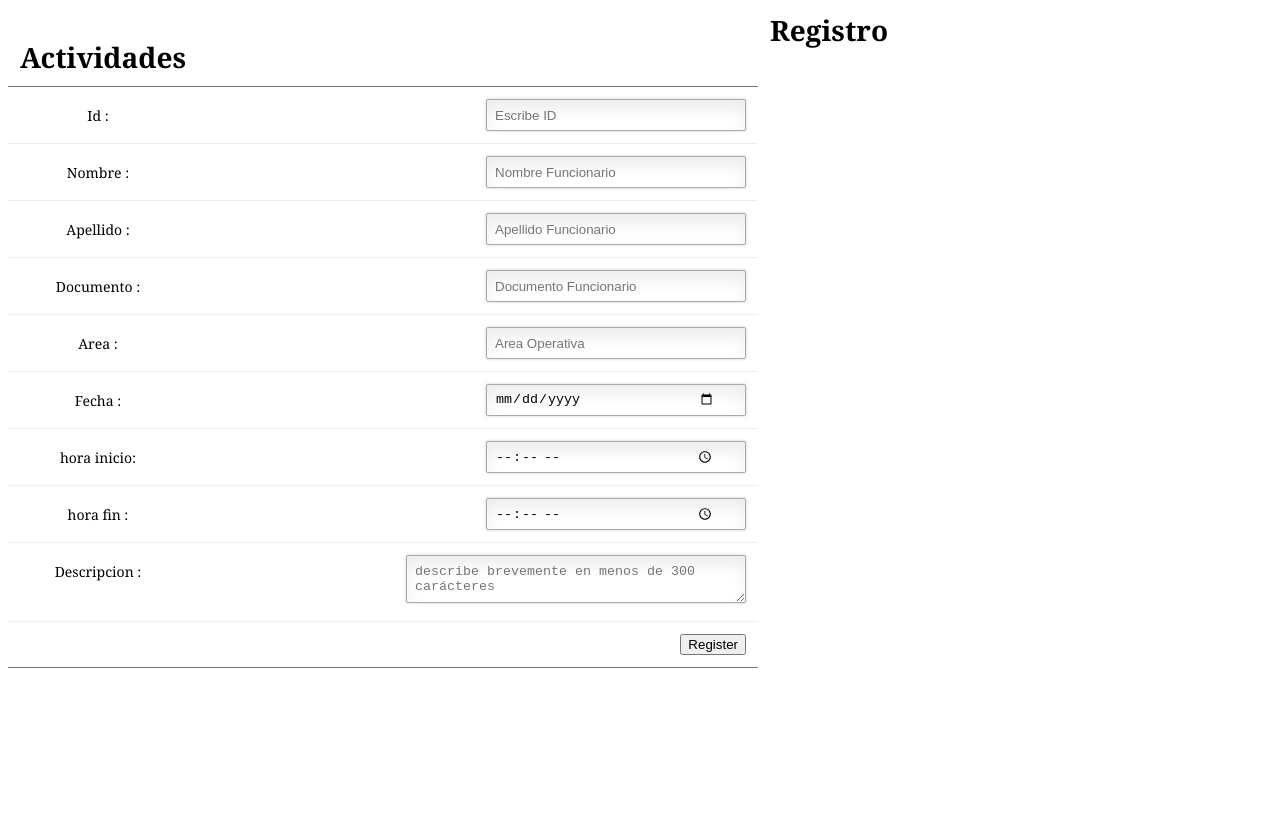
Repository: Yale2024/repo-registro-act
Page: templates/register.html
An editor plug-in stored every save of this project. The page is shown before and after the next save, followed by the edit.
The browser window is 1280 px wide. The pictures show the whole page.

Above is the page before, as saved 2024-09-15 09:00:53.

### templates/register.html
<!DOCTYPE html>
<html lang="en">

<head>
    <meta charset="UTF-8">
    <meta name="viewport" content="width=device-width, initial-scale=1.0">
    <link rel="stylesheet" href="static/css/styleRegister.css">
    <script src="static/js/appRegister.js"></script>
    <title>Web App</title>
</head>
<body></body>

    <form class="contact_form" action="/register_user" method="POST" align="right" >
    <!-- <form method="POST"> -->
        <div>
            <ul>
                <li>
                    <h1>Registro Actividades</h1>
                </li>
                <li>
                    <label for="id">Id :</label>
                    <input type="number"  size="30" name="id" id="Id" placeholder="Escribe ID" required /> <br>
                </li>
                <li>
                    <label for="nombre">Nombre :</label>
                    <input type="text" size="30" name="nombre" id="nombre" placeholder="Nombre Funcionario" required /> <br>
                </li>
                <li>
                    <label for="apellido">Apellido :</label>
                    <input type="text" size="30" name="apellido" id="apellido" placeholder="Apellido Funcionario" required /> <br>
                </li>
                <li>
                    <label for="documento">Documento  :</label>
                    <input type="number" size="30" name="documento" id="documento" placeholder="Documento Funcionario" required /> <br>
                </li>
                <li>
                    <label for="are">Area      :</label>
                    <input type ="text" size="30" name="area" id="area" placeholder="Area Operativa" required /> <br>
                </li>
                <li>
                    <label for="fecha">Fecha     :</label>
                    <input type ="date" size="30" name="fecha" id="fecha" placeholder="AAAA-MM-DD" required /> <br>
                </li>
                <li>
                    <label for="horai">hora inicio:</label>
                    <input type ="time" size="30" name="horai" id="horai" placeholder="hh:mm" required /> <br>
                </li>
                <li>
                    <label for="horaf">hora fin  :</label>
                    <input type ="time" size="30" name="horaf" id="horaf" placeholder="hh:mm" required /> <br>
                </li>
                <li>
                    <label for="mensaje">Descripcion   :</label>
                    <textarea name="descripcion" size="300" for="descripcion" placeholder="describe brevemente en menos de 300 carácteres" maxlength="300"></textarea> <br>
                </li>
                <li>
                    <button>Register</button>
                </li>
            </ul>
        </div>
        <!-- <button onclick="register_user()">Register</button> -->
        <!-- <input type="submit" name="enviar" value="enviar datos"/> -->
    </form>
</body>

### static/css/styleRegister.css
/* form{
    text-align: center;
    font-size: 30px;
}
/*
body{
    background-color: #f7bb6dea;
}

button{
    background-color: black;
    color: white;
    font-size:  20px;
} */
 /* === Remove input autofocus webkit === */
*:focus {
    outline: none;
}

/* === Form Typography === */
body {
    font: 14px/21px "Lucida Sans", "Lucida Grande", "Lucida Sans Unicode", sans-serif;
}

.contact_form h1, .contact_form label {
    font-family: Georgia, Times, "Times New Roman", serif;
    margin: 0px;
    padding: 750px;
    text-align: center;
}

/* === List Styles === */
.contact_form ul {
    width: 750px;
    list-style-type: none;
    list-style-position: outside;
    margin: 0px;
    padding: 0px;
}

.contact_form li {
    padding: 12px;
    border-bottom: 1px solid #eee;
    position: relative;
}

    .contact_form li:first-child, .contact_form li:last-child {
        border-bottom: 1px solid #777;
    }

/* === Form Header === */
.contact_form h1 {
    margin: 0;
    display: inline;
    text-align: center;
}

/* === Form Elements === */
.contact_form label {
    width: 150px;
    margin-top: 3px;
    float: left;
    padding: 3px;
}

.contact_form input {
    height: 20px;
    width: 220px;
    padding: 5px 8px;
}

.contact_form textarea {
    padding: 8px;
    width: 300px;
}

.contact_form button {
    margin-left: 156px;
}

/* form element visual styles */
.contact_form input, .contact_form textarea {
    border: 1px solid #aaa;
    box-shadow: 0px 0px 3px #ccc, 0 10px 15px #eee inset;
    border-radius: 2px;
    padding-right: 30px;
    -moz-transition: padding .25s;
    -webkit-transition: padding .25s;
    -o-transition: padding .25s;
    transition: padding .25s;
}

### static/js/appRegister.js
function register_user() {
    location.href= '/register_user'
}

After the next save:
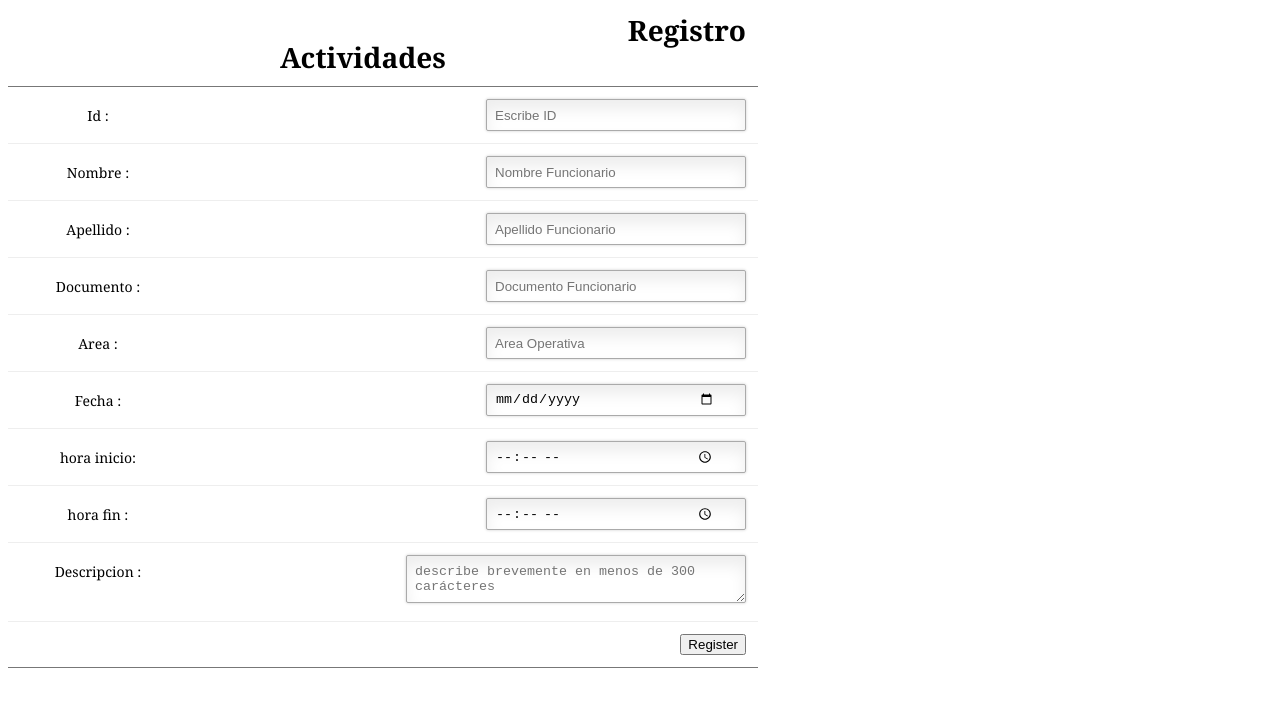
Saved 35 s later.
--- a/static/css/styleRegister.css
+++ b/static/css/styleRegister.css
@@ -25,7 +25,7 @@ body {
 .contact_form h1, .contact_form label {
     font-family: Georgia, Times, "Times New Roman", serif;
     margin: 0px;
-    padding: 750px;
+    padding: 300px;
     text-align: center;
 }
 
